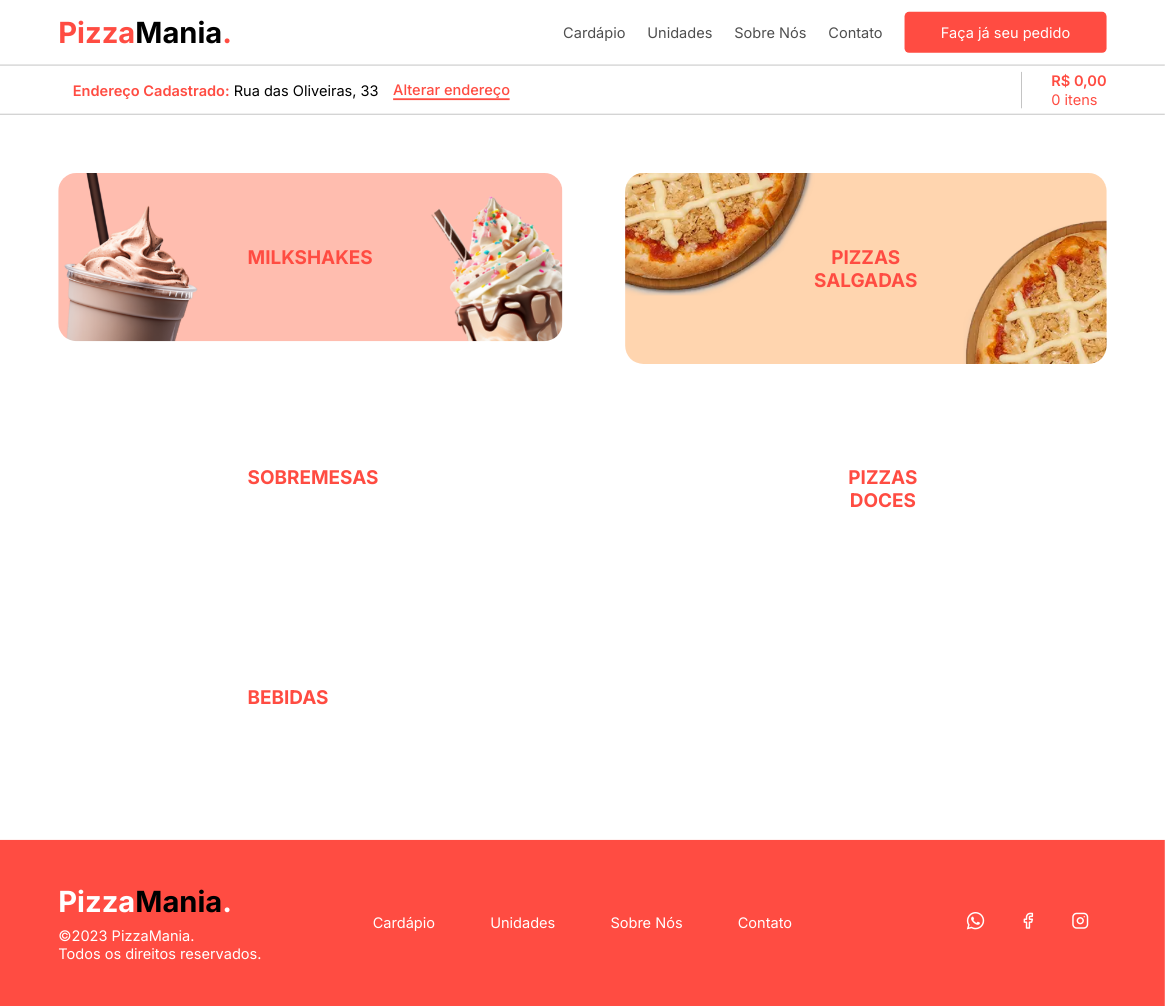
Repository: lucas-albuq/PizzaMania
Page: assets/pages/cardapio.html
These files come from the project's save history. The page is drawn as it stood at one moment and after a run of saves; the edit follows.
The browser window is 1280 px wide. The pictures show the whole page, at 91% of full size.
Some icons come from a web library that is not loaded, so they are not drawn. Some web libraries are served in a nearby version.

Above is the page before, as saved 2024-01-04 21:13:18.

After the next 4 saves:
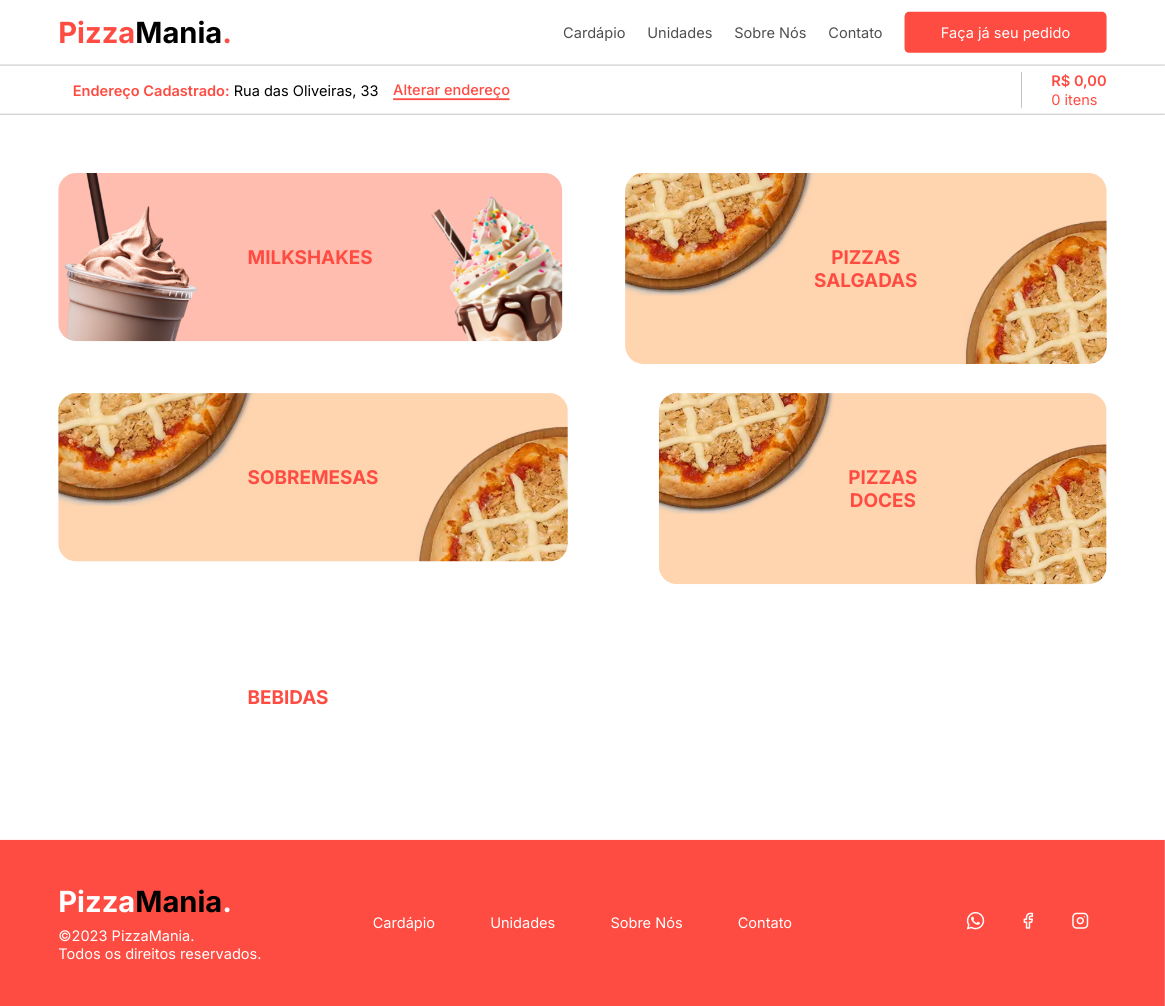
The 4 saves are shown as one change because they came seconds apart.
The last was saved 15 s later.
--- a/assets/css/pizzamania.css
+++ b/assets/css/pizzamania.css
@@ -404,12 +404,12 @@ footer .footer{
 .categorias-cardapio .pizzas-salgadas{
   background-image: url("/assets/images/pizzasSalgadas.png");
 }
+.categorias-cardapio .sobremesas{
+  background-image: url("/assets/images/pizzasSalgadas.png");
+}
+.categorias-cardapio .pizzas-doces{
+  background-image: url("/assets/images/pizzasSalgadas.png");
+}
 .categorias-cardapio .pizzas-salgadas{
   background-image: url("/assets/images/pizzasSalgadas.png");
 }
-.categorias-cardapio .pizzas-salgadas{
-  background-image: url("/assets/images/pizzasSalgadas.png");
-}
-.categorias-cardapio .pizzas-salgadas{
-  background-image: url("/assets/images/pizzasSalgadas.png");
-}
